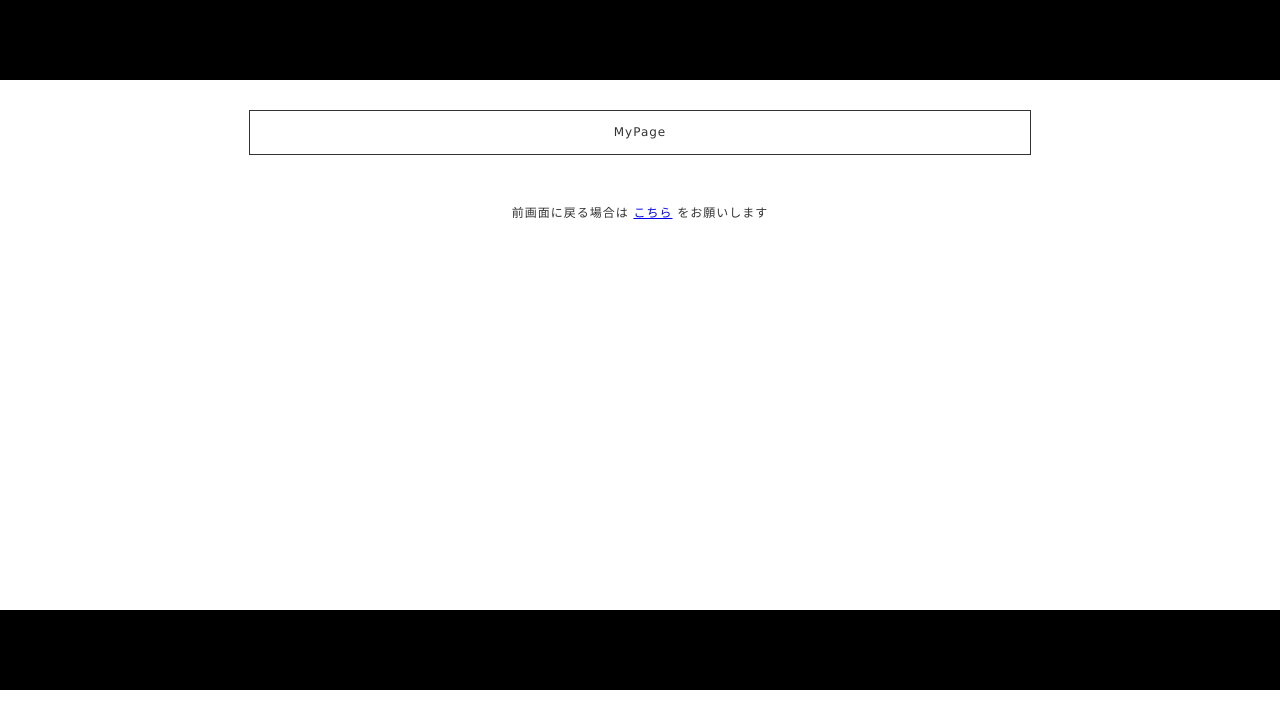
Repository: RyunosukeSaiga0816/test
Page: http://localhost/ecsite/myPage.jsp
An editor plug-in stored every save of this project. The page is shown before and after the next save, followed by the edit.
The browser window is 1280 px wide. The pictures show the whole page.
The page is served by Tomcat 9. Other server files are loaded and not shown.

Above is the page before, as saved 2018-07-27 02:35:11.

### ecsite/WebContent/myPage.jsp
<%@ page language="java" contentType="text/html; charset=UTF-8"
    pageEncoding="UTF-8"%>
<%@ taglib prefix="s" uri="/struts-tags" %>
<!DOCTYPE html>
<html>
	<head>
		<meta http-equiv="Content-Type" content="text/html; charset=utf-8"/>
		<meta http-equiv="Content-Style-Type" content="text/css"/>
		<meta http-equiv="Content-Script-Type" content="text/javascript"/>
		<meta http-equiv="imagetoolbar" content="no"/>
		<meta name="description" content=""/>
		<meta name="keywords" content=""/>
		<title>MyPage画面</title>

		<style type="text/css">

			/*=======TAG LAYOUT========*/
			body{
				margin:0;
				padding:0;
				line-height:1.6;
				letter-spacing:1px;
				font-family:Verdana,Helvetica,sans-serif;
				font-size:12px;
				color:#333;
				background:#fff;
			}
			table{
				text-align:center;
				margin:0 auto;
			}

			/*========ID LAYOUT========*/
			#top{
				width:780px;
				margin:30px auto;
				border:1px solid #333;
			}
			#header{
				width:100%;
				height:80px;
				background-color:black;
			}
			#main{
				width:100%;
				height:500px;
				text-align:center;
			}
			#footer{
				width:100%;
				height:80px;
				background-color:black;
				clear:both;
			}
			#text-right{
				display:inline-block;
				text-align:right;
			}
		</style>
	</head>
	<body>
		<div id="header">
			<div id="pr">
			</div>
		</div>
		<div id="main">
			<div id="top">
				<p>MyPage</p>
			</div>
			<div>
				<s:if test="session.message ==null">
					<h3>ご購入情報はありません。</h3>
				</s:if>
				<s:elseif test="session.message==''">
					<h3>ご購入情報は以下になります。</h3>
					<table border="1">
						<tr>
							<td>商品名<td>
							<td><s:property value="session.buyItem_name"/></td>
						</tr>
						<tr>
							<td>値段</td>
							<td><s:property value="session.total_price"/><span>円</span></td>
						</tr>
						<tr>
							<td>購入個数</td>
							<td><s:property value="session.total_count"/><span>個</span></td>
						</tr>
						<tr>
							<td>支払い方法</td>
							<td><s:property value="session.total_payment"/></td>
						</tr>
						<tr>
							<td>購入日</td>
							<td><s:property value="session.insert_date"/></td>
						</tr>
					</table>
					<s:form action="MyPageAction">
						<input type="hidden" name="deleteFlg" value="1">
						<s:submit value="削除" method="delete"/>
					</s:form>
				</s:elseif>
				<div>
					<br>
					<span>前画面に戻る場合は</span>
					<a href='<s:url action="HomeAction"/>'>こちら</a>
					<span>をお願いします</span>
				</div>
			</div>
		</div>
		<div id="footer">
			<div id="pr">
			</div>
		</div>
	</body>
</html>

After the next save:
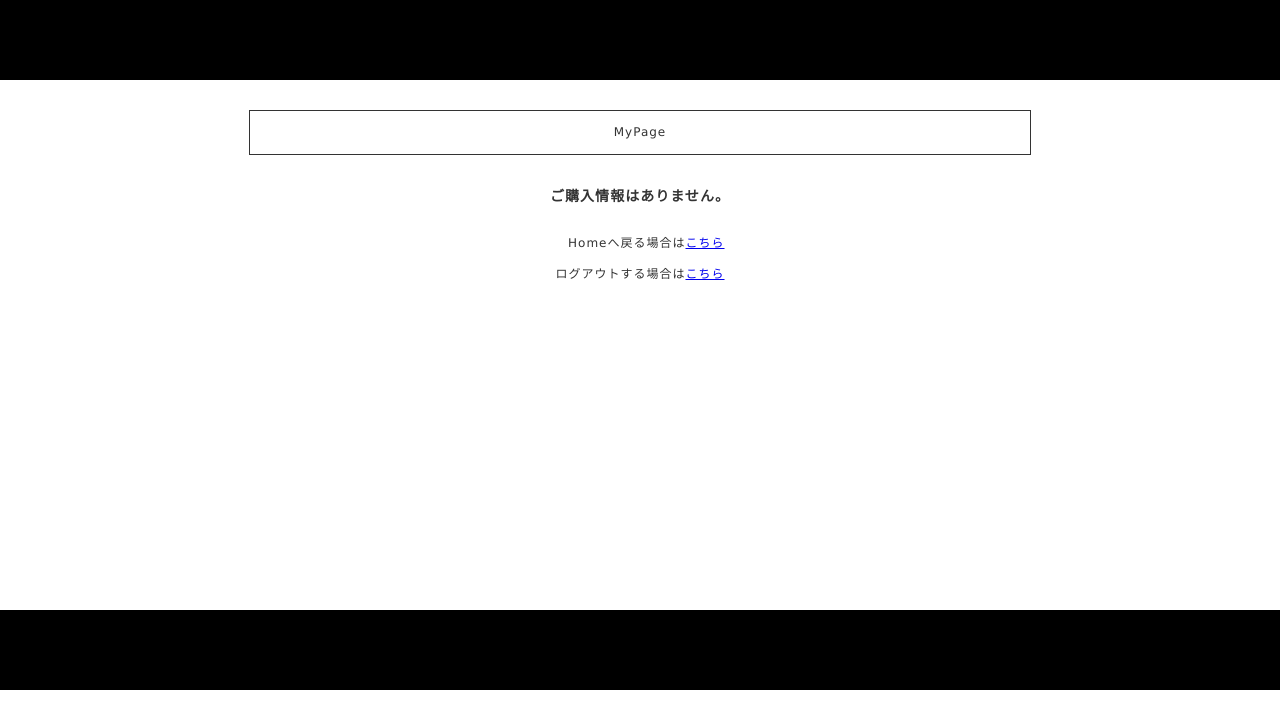
Saved 97 min 43 s later.
--- a/ecsite/WebContent/myPage.jsp
+++ b/ecsite/WebContent/myPage.jsp
@@ -68,43 +68,48 @@
 				<p>MyPage</p>
 			</div>
 			<div>
-				<s:if test="session.message ==null">
+				<s:if test="myPageList == null">
+
 					<h3>ご購入情報はありません。</h3>
+
 				</s:if>
-				<s:elseif test="session.message==''">
+				<s:elseif test="message == null">
+
 					<h3>ご購入情報は以下になります。</h3>
 					<table border="1">
 						<tr>
-							<td>商品名<td>
-							<td><s:property value="session.buyItem_name"/></td>
+
+
+							<th>商品名</th>
+							<th>値段</th>
+							<th>購入個数</th>
+							<th>支払い方法</th>
+							<th>購入日</th>
+
 						</tr>
-						<tr>
-							<td>値段</td>
-							<td><s:property value="session.total_price"/><span>円</span></td>
-						</tr>
-						<tr>
-							<td>購入個数</td>
-							<td><s:property value="session.total_count"/><span>個</span></td>
-						</tr>
-						<tr>
-							<td>支払い方法</td>
-							<td><s:property value="session.total_payment"/></td>
-						</tr>
-						<tr>
-							<td>購入日</td>
-							<td><s:property value="session.insert_date"/></td>
-						</tr>
+						<s:iterator value="myPageList">
+							<tr>
+								<td><s:property value="itemName" /></td>
+								<td><s:property value="totalPrice" /><span>円</span></td>
+								<td><s:property value="totalCount" /><span>個</span></td>
+								<td><s:property value="payment" /></td>
+								<td><s:property value="insert_date" /></td>
+							</tr>
+						</s:iterator>
 					</table>
 					<s:form action="MyPageAction">
 						<input type="hidden" name="deleteFlg" value="1">
-						<s:submit value="削除" method="delete"/>
+						<s:submit value="削除" method="delete" />
 					</s:form>
+
 				</s:elseif>
-				<div>
-					<br>
-					<span>前画面に戻る場合は</span>
-					<a href='<s:url action="HomeAction"/>'>こちら</a>
-					<span>をお願いします</span>
+				<s:if test="message != null">
+					<h3><s:property value="message"/></h3>
+
+				</s:if>
+				<div id="text-right">
+					<p>Homeへ戻る場合は<a href='<s:url action="GoHomeAction" />'>こちら</a></p>
+					<p>ログアウトする場合は<a href='<s:url action="LogoutAction" />'>こちら</a></p>
 				</div>
 			</div>
 		</div>
